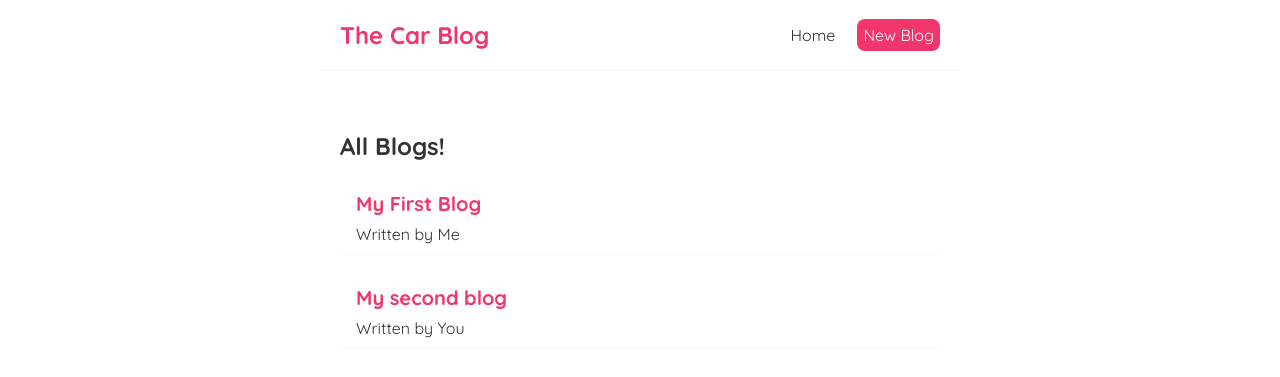
Repository: anuragkej/blogster
Page: /
An editor plug-in stored every save of this project. The page is shown before and after the next save, followed by the edit.
The browser window is 1280 px wide. The pictures show the whole page.
The project was rebuilt for these pictures with package versions that can differ from the ones it lists, and the page was loaded fresh each time. Requests to the local data server were answered from the project's data file. Also part of the build but not shown: src/Create.js, src/BlogDetails.js.

Above is the page before, as saved 2024-09-28 02:18:17.

### src/index.css
@import url("https://fonts.googleapis.com/css2?family=Quicksand:wght@300;400;500;600;700&display=swap");

* {
  margin: 0;
  font-family: "Quicksand";
  color: #333;
}
.navbar {
  padding: 20px;
  display: flex;
  align-items: center;
  max-width: 600px;
  margin: 0 auto;
  border-bottom: 1px solid #f2f2f2;
}
.navbar h1 {
  color: #f1356d;
}
.navbar .links {
  margin-left: auto;
}
.navbar a {
  margin-left: 16px;
  text-decoration: none;
  padding: 6px;
}
.navbar a:hover {
  color: #f1356d;
}
.content {
  max-width: 600px;
  margin: 40px auto;
  padding: 20px;
}
/* blog previews / list */
.blog-preview {
  padding: 10px 16px;
  margin: 20px 0;
  border-bottom: 1px solid #fafafa;
}
.blog-preview:hover {
  box-shadow: 1px 3px 5px rgba(0, 0, 0, 0.1);
}
.blog-preview h2 {
  font-size: 20px;
  color: #f1356d;
  margin-bottom: 8px;
}
.blog-preview a {
  text-decoration: none;
}

### src/App.js
import Navbar from "./Navbar";
import Home from "./Home";
import {
  BrowserRouter as Router,
  Route,
  Switch,
} from "react-router-dom/cjs/react-router-dom.min";
import Create from "./Create";
import BlogDetails from "./BlogDetails";
//The router tries to match top down, so as soon as it sees a slash since it matches, itll route to that path
function App() {
  return (
    <Router>
      <div className="App">
        <Navbar></Navbar>
        <div className="content">
          <Switch>
            <Route exact path="/">
              <Home />
            </Route>
            <Route path="/create">
              <Create />
            </Route>
            <Route path="/blogs/:id">
              <BlogDetails />
            </Route>
          </Switch>
        </div>
      </div>
    </Router>
  );
}

export default App;

### src/Navbar.js
const Navbar = () => {
  return (
    <nav className="navbar">
      <h1>The Car Blog</h1>
      <div className="links">
        <a href="/">Home</a>
        <a
          href="/create"
          style={{
            color: "white",
            backgroundColor: "#f1356d",
            borderRadius: "8px",
          }}
        >
          New Blog
        </a>
      </div>
    </nav>
  );
};

export default Navbar;

### src/Home.js
import BlogList from "./BlogList";
import useFetch from "./useFetch";

const Home = () => {
  const {
    data: blogs,
    isPending,
    error,
  } = useFetch("http://localhost:8000/blogs");

  /* fires on initial render, so doesn't matter if code changes */

  return (
    <div className="home">
      {error && <div> {error} </div>}
      {isPending && <div>Loading...</div>}
      {blogs && <BlogList blogs={blogs} title="All Blogs!" />}
    </div>
  );
};

export default Home;

### src/BlogList.js
import { Link } from "react-router-dom";

const BlogList = ({ blogs, title }) => {
  //   const blogs = props.blogs;
  //   const title = props.title;
  //   const handleDelete = props.handleDelete;

  return (
    <div className="blog-list">
      <h2>{title}</h2>
      {blogs.map((blog) => (
        <div className="blog-preview" key={blog.id}>
          <Link to={`/blogs/${blog.id}`}>
            <h2>{blog.title}</h2>
            <p>Written by {blog.author}</p>
          </Link>
        </div>
      ))}
    </div>
  );
};

export default BlogList;

### src/useFetch.js
import { useState, useEffect } from "react";

const useFetch = (url) => {
  const [data, setData] = useState(null);
  const [isPending, setIsPending] = useState(true);
  const [error, setError] = useState(null);

  useEffect(() => {
    const abortCont = new AbortController();

    setTimeout(() => {
      fetch(url, { signal: abortCont.signal })
        .then((res) => {
          if (!res.ok) {
            throw Error("Could not fetch the data for that resource");
          }
          return res.json();
        })
        .then((data) => {
          setData(data);
          setIsPending(false);
          setError(null);
        })
        .catch((err) => {
          if (err.name === "AbortError") {
            console.log("fetch aborted");
          } else {
            setIsPending(false);
            setError(err.message);
          }
        }); // catches network error
    }, 1000);

    return () => abortCont.abort();
  }, [url]); // put url as a dependency so that whenevr url changes, it has to reload

  return { data, isPending, error };
};

export default useFetch;

### data/db.json
{
  "blogs": [
    {
      "title": "My First Blog",
      "body": "Sample Body",
      "author": "Me",
      "id": 1
    },
    {
      "title": "My second blog",
      "body": "Another sample",
      "author": "You",
      "id": 2
    }
  ]
}

Loaded but not shown: public/index.html (common file); src/index.js (common file)

After the next save:
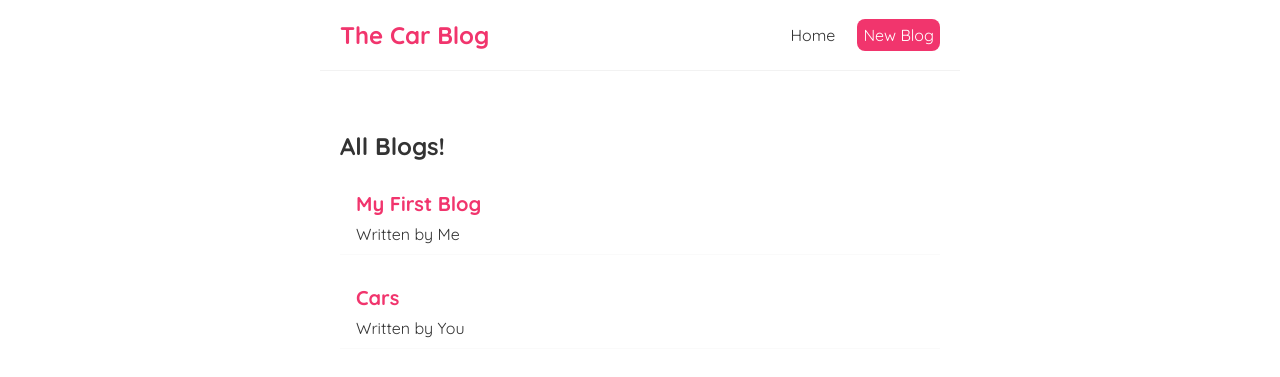
Saved 3 min 10 s later.
--- a/data/db.json
+++ b/data/db.json
@@ -7,8 +7,8 @@
       "id": 1
     },
     {
-      "title": "My second blog",
-      "body": "Another sample",
+      "title": "Cars",
+      "body": "The Future of Cars: Electric, Autonomous, and Connected. The automotive industry is shifting rapidly, with three major trends defining its future: electric vehicles, autonomous driving, and connected technology. Electric cars, led by brands like Tesla and Ford, are moving towards a zero-emissions future, offering performance that rivals or even surpasses gas-powered vehicles. Autonomous driving is also progressing, with tech like adaptive cruise control and self-parking giving us a glimpse of fully driverless cars. Finally, connected cars are turning vehicles into digital hubs, linking them to the broader tech ecosystem for smarter, safer driving experiences.The future is here, and it’s electrifying!",
       "author": "You",
       "id": 2
     }
